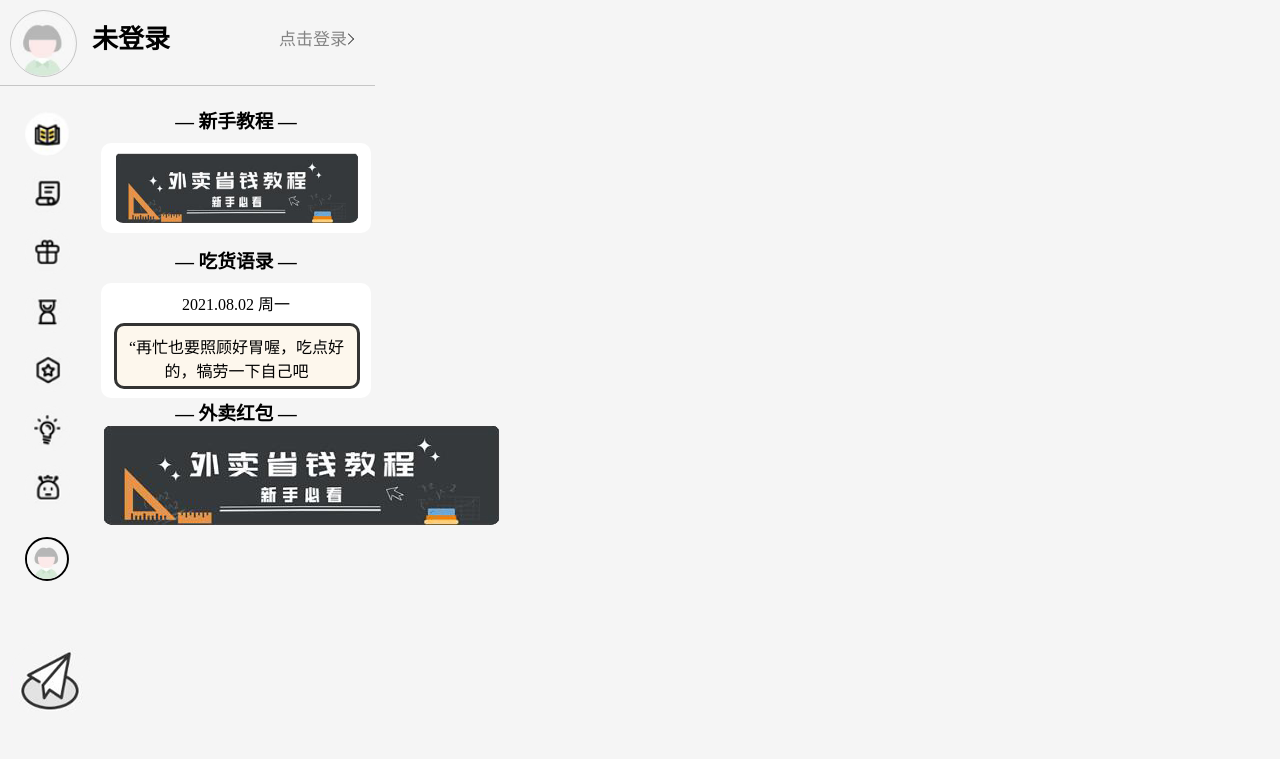
Repository: Privatexiao/projects
Page: Takeout assistant/index.html
These files come from the project's save history. The page is drawn as it stood at one moment and after a run of saves; the edit follows.
The browser window is 1280 px wide. The pictures show the whole page.

Above is the page before, as saved 2021-08-02 17:25:13.

After the next 4 saves:
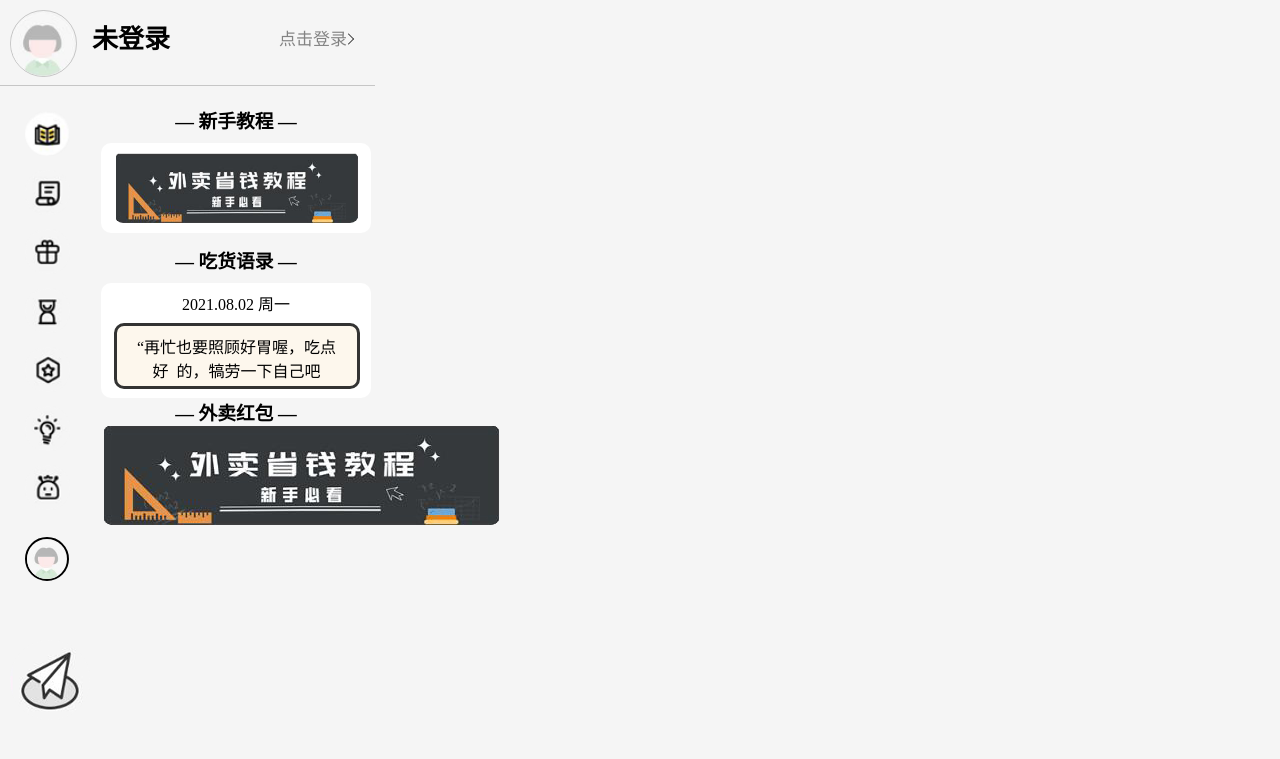
The 4 saves are shown as one change because they came seconds apart.
The last was saved 14 s later.
--- a/Takeout assistant/index.html
+++ b/Takeout assistant/index.html
@@ -66,7 +66,7 @@
             <div class="chyl_bj">
                 <p>2021.08.02&nbsp;周一</p>
                 <div class="chyl_nr">
-                    <p>“再忙也要照顾好胃喔，吃点好的，犒劳一下自己吧</p>
+                    <p>“再忙也要照顾好胃喔，吃点好&nbsp;&nbsp;的，犒劳一下自己吧</p>
                 </div>
         </a></div>
 
